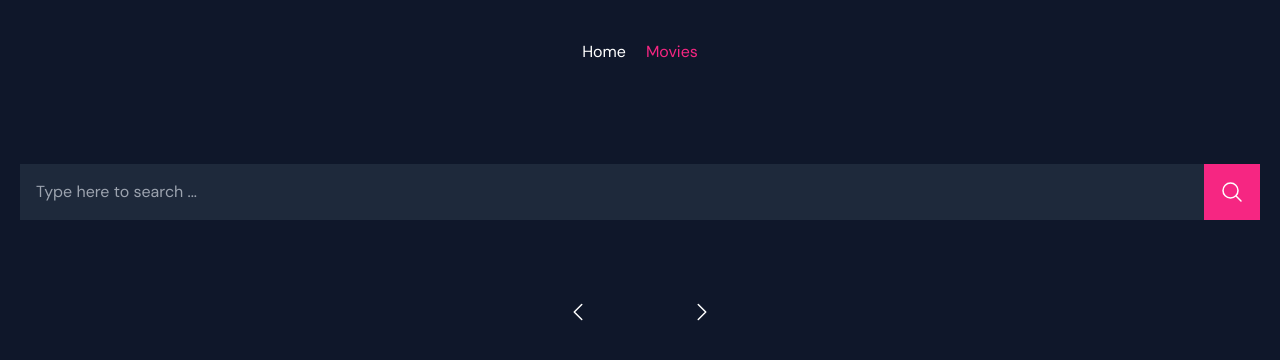
Repository: phamthiendong/project
Page: /movies
An editor plug-in stored every save of this project. The page is shown before and after a run of saves, followed by the edit.
The browser window is 1280 px wide. The pictures show the whole page.
The page's requests for data from a server got no answer. The project was rebuilt for these pictures with package versions that can differ from the ones it lists, and the page was loaded fresh each time. No one was signed in, and anything a server would have sent is missing. Also part of the build but not shown: vite.config.js, src/components/movie/MovieCard.jsx, src/components/movie/MovieList.jsx, src/pages/Homepage.jsx, src/components/banner/Banner.jsx, src/pages/MovieDetaills.jsx.

Above is the page before, as saved 2025-03-24 15:38:33.

After the next 2 saves:
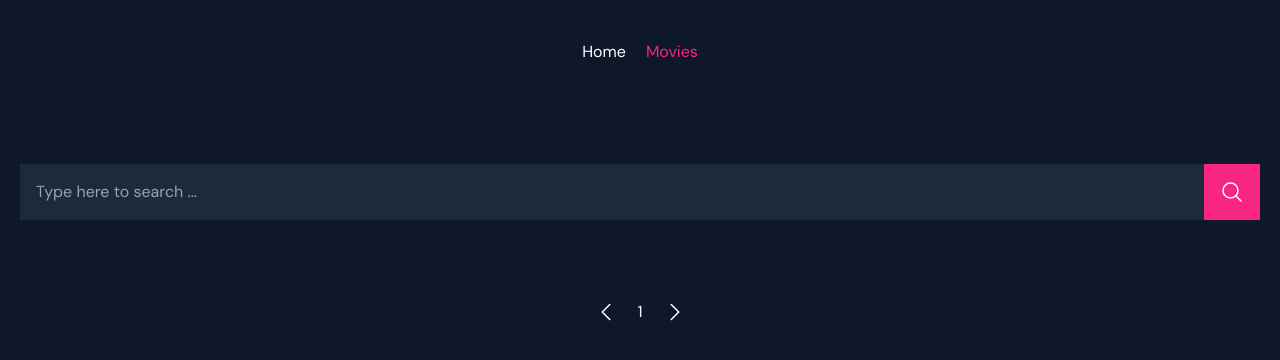
The 2 saves are shown as one change because they came seconds apart.
The last was saved 14 s later.
--- a/src/pages/MoviePage.jsx
+++ b/src/pages/MoviePage.jsx
@@ -85,10 +85,7 @@ const MoviePage = () => {
             />
           </svg>
         </span>
-        <span></span>
-        <span></span>
-        <span></span>
-        <span></span>
+        <span>1</span>
         <span>
           <svg
             xmlns="http://www.w3.org/2000/svg"
